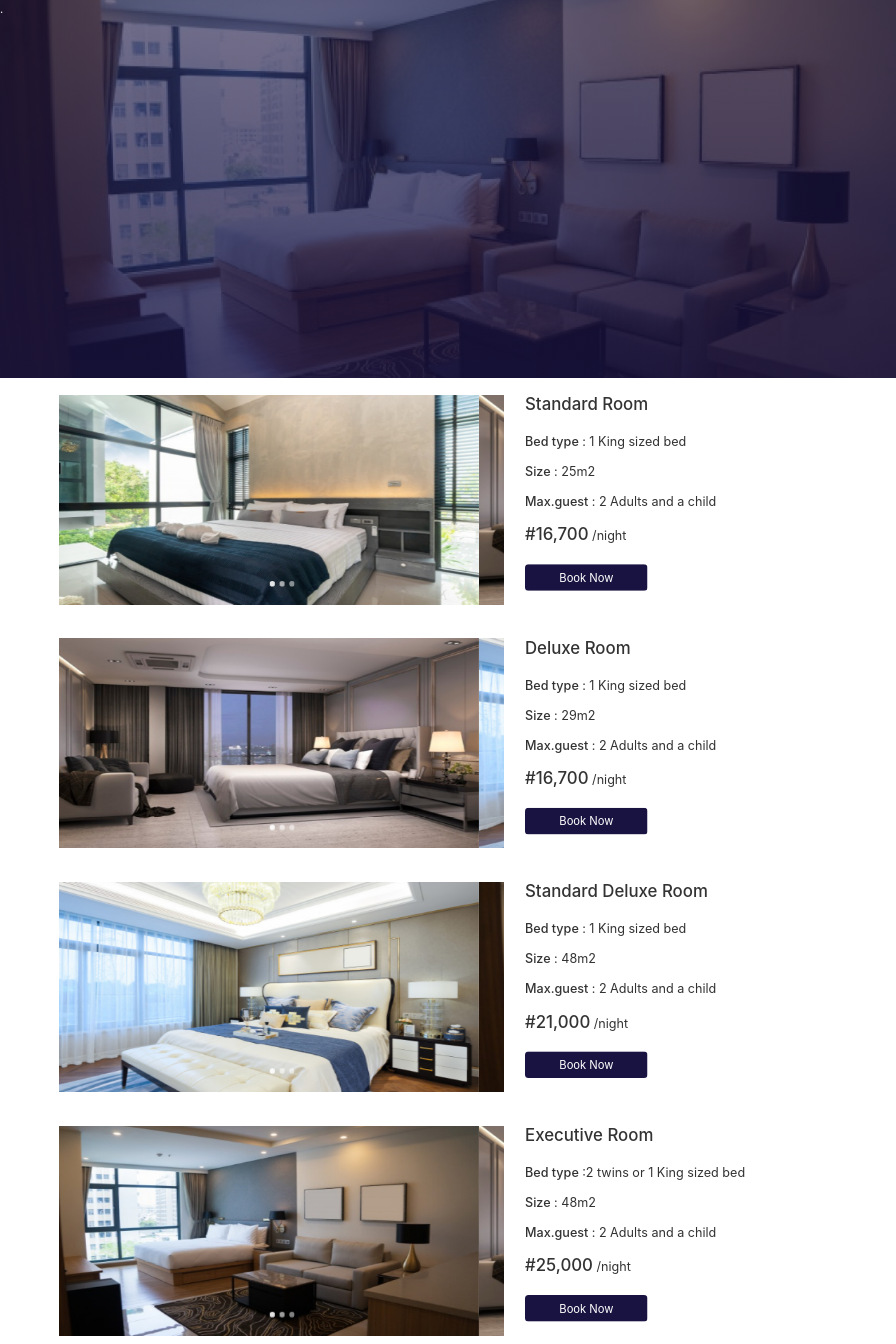
Repository: Syfon01/hotel-website
Page: room.html
These files come from the project's save history. The page is drawn as it stood at one moment and after a run of saves; the edit follows.
The browser window is 1280 px wide. The pictures show the part of the page from y = 0 to 1920 px (the page is 2576 px tall before and 2584 px after), at 70% of full size.

Above is the page before, as saved 2020-06-08 19:29:58.

### room.html
<!doctype html>
<html lang="en">
  <head>
    <title>Title</title>
    <!-- Required meta tags -->
    <meta charset="utf-8">
    <meta name="viewport" content="width=device-width, initial-scale=1, shrink-to-fit=no">

    <!-- Bootstrap CSS -->
    <link rel="stylesheet" href="https://stackpath.bootstrapcdn.com/bootstrap/4.3.1/css/bootstrap.min.css" integrity="sha384-ggOyR0iXCbMQv3Xipma34MD+dH/1fQ784/j6cY/iJTQUOhcWr7x9JvoRxT2MZw1T" crossorigin="anonymous">
    <link rel="stylesheet" href="room.css">
  </head>
  <body>
    <!-- header section  -->
    <section class="header">
      <div class="home-header">
        .
      </div>
    </section>
    <!-- carousel section -->
    <section id="carousel-section">
      <div class="container">
        <div class="row py-4">
          <div class="col-md-7 col-lg-7 col-12 col-sm-12">
            <div id="carouselExampleIndicators" class="carousel slide" data-ride="carousel">
              <ol class="carousel-indicators">
                <li data-target="#carouselExampleIndicators" data-slide-to="0" class="active"></li>
                <li data-target="#carouselExampleIndicators" data-slide-to="1"></li>
                <li data-target="#carouselExampleIndicators" data-slide-to="2"></li>
              </ol>
              <div class="carousel-inner">
                <div class="carousel-item active">
                  <img src="./img/hotel1.png" class="d-block w-100 img-carousel img-fluid" alt="...">
                </div>
                <div class="carousel-item">
                  <img src="./img/hotel2.png" class="d-block w-100 img-carousel img-fluid" alt="...">
                </div>
                <div class="carousel-item">
                  <img src="./img/hotel3.png" class="d-block w-100 img-carousel img-fluid" alt="...">
                </div>
              </div>

            </div>
          </div>
          <div class="col-md-5 col-lg-5 col-12 col-sm-12">
            <h4 class="text-purple mb-4">Standard Room</h4>
            <p class="text-purple"><span class="p-font-weight">Bed type </span>: 1 King sized bed</p>
            <p class="text-purple"><span class="p-font-weight">Size</span> : 25m2</p>
            <p class="text-purple"><span class="p-font-weight">Max.guest </span>: 2 Adults and a child</p>
            <p class="text-purple mb-4"><span class="p-font-weight p-20">#16,700</span> /night</p>
            <button class="btn btn-purple px-5">Book Now</button>
          </div>
        </div>

        <div class="row py-4">
          <div class="col-md-7 col-lg-7 col-12 col-sm-12">
            <div id="carouselExampleIndicators" class="carousel slide" data-ride="carousel">
              <ol class="carousel-indicators">
                <li data-target="#carouselExampleIndicators" data-slide-to="0" class="active"></li>
                <li data-target="#carouselExampleIndicators" data-slide-to="1"></li>
                <li data-target="#carouselExampleIndicators" data-slide-to="2"></li>
              </ol>
              <div class="carousel-inner">
                <div class="carousel-item active">
                  <img src="./img/hotel2.png" class="d-block w-100 img-carousel img-fluid" alt="...">
                </div>
                <div class="carousel-item">
                  <img src="./img/hotel3.png" class="d-block w-100 img-carousel img-fluid" alt="...">
                </div>
                <div class="carousel-item">
                  <img src="./img/hotel4.png" class="d-block w-100 img-carousel img-fluid" alt="...">
                </div>
              </div>

            </div>
          </div>
          <div class="col-md-5 col-lg-5 col-12 col-sm-12">
            <h4 class="text-purple mb-4">Deluxe Room</h4>
            <p class="text-purple"><span class="p-font-weight">Bed type </span>: 1 King sized bed</p>
            <p class="text-purple"><span class="p-font-weight">Size</span> : 29m2</p>
            <p class="text-purple"><span class="p-font-weight">Max.guest </span>: 2 Adults and a child</p>
            <p class="text-purple mb-4"><span class="p-font-weight p-20">#16,700</span> /night</p>
            <button class="btn btn-purple px-5">Book Now</button>
          </div>
        </div>

        <div class="row py-4">
          <div class="col-md-7 col-lg-7 col-12 col-sm-12">
            <div id="carouselExampleIndicators" class="carousel slide" data-ride="carousel">
              <ol class="carousel-indicators">
                <li data-target="#carouselExampleIndicators" data-slide-to="0" class="active"></li>
                <li data-target="#carouselExampleIndicators" data-slide-to="1"></li>
                <li data-target="#carouselExampleIndicators" data-slide-to="2"></li>
              </ol>
              <div class="carousel-inner">
                <div class="carousel-item active">
                  <img src="./img/hotel3.png" class="d-block w-100 img-carousel h-50 img-fluid" alt="...">
                </div>
                <div class="carousel-item">
                  <img src="./img/hotel4.png" class="d-block w-100 img-carousel img-fluid" alt="...">
                </div>
                <div class="carousel-item">
                  <img src="./img/hotel1.png" class="d-block w-100 img-carousel img-fluid" alt="...">
                </div>
              </div>

            </div>
          </div>
          <div class="col-md-5 col-lg-5 col-12 col-sm-12">
            <h4 class="text-purple mb-4">Standard Deluxe Room</h4>
            <p class="text-purple"><span class="p-font-weight">Bed type </span>: 1 King sized bed</p>
            <p class="text-purple"><span class="p-font-weight">Size</span> : 48m2</p>
            <p class="text-purple"><span class="p-font-weight">Max.guest </span>: 2 Adults and a child</p>
            <p class="text-purple mb-4"><span class="p-font-weight p-20">#21,000</span> /night</p>
            <button class="btn btn-purple px-5">Book Now</button>
          </div>
        </div>

        <div class="row py-4">
          <div class="col-md-7 col-lg-7 col-12 col-sm-12">
            <div id="carouselExampleIndicators" class="carousel slide" data-ride="carousel">
              <ol class="carousel-indicators">
                <li data-target="#carouselExampleIndicators" data-slide-to="0" class="active"></li>
                <li data-target="#carouselExampleIndicators" data-slide-to="1"></li>
                <li data-target="#carouselExampleIndicators" data-slide-to="2"></li>
              </ol>
              <div class="carousel-inner">
                <div class="carousel-item active">
                  <img src="./img/hotel4.png" class="d-block w-100 img-carousel h-50 img-fluid" alt="...">
                </div>
                <div class="carousel-item">
                  <img src="./img/hotel2.png" class="d-block w-100 img-carousel img-fluid" alt="...">
                </div>
                <div class="carousel-item">
                  <img src="./img/hotel1.png" class="d-block w-100 img-carousel img-fluid" alt="...">
                </div>
              </div>

            </div>
          </div>
          <div class="col-md-5 col-lg-5 col-12 col-sm-12">
            <h4 class="text-purple mb-4">Executive Room</h4>
            <p class="text-purple"><span class="p-font-weight">Bed type </span>:2 twins or 1 King sized bed</p>
            <p class="text-purple"><span class="p-font-weight">Size</span> : 48m2</p>
            <p class="text-purple"><span class="p-font-weight">Max.guest </span>: 2 Adults and a child</p>
            <p class="text-purple mb-4"><span class="p-font-weight p-20">#25,000</span> /night</p>
            <button class="btn btn-purple px-5">Book Now</button>
          </div>
        </div>
      </div>
    </section>

    <!-- explore section  -->
    <div class="explore py-3">
      <div class='hero'>
        <div class="cont-vert">
          <div class="text-center vert col-12">
            <h1>
              Explore and see what comfort really is
            </h1>
            <img src="./img/play.svg" class="img-fluid" alt="" srcset="">
          </div>
        </div>

      </div>
</div>

<div class="container my-4">
  jdjdjjnd
</div>

    <!-- Optional JavaScript -->
    <!-- jQuery first, then Popper.js, then Bootstrap JS -->
    <script src="https://code.jquery.com/jquery-3.3.1.slim.min.js" integrity="sha384-q8i/X+965DzO0rT7abK41JStQIAqVgRVzpbzo5smXKp4YfRvH+8abtTE1Pi6jizo" crossorigin="anonymous"></script>
    <script src="https://cdnjs.cloudflare.com/ajax/libs/popper.js/1.14.7/umd/popper.min.js" integrity="sha384-UO2eT0CpHqdSJQ6hJty5KVphtPhzWj9WO1clHTMGa3JDZwrnQq4sF86dIHNDz0W1" crossorigin="anonymous"></script>
    <script src="https://stackpath.bootstrapcdn.com/bootstrap/4.3.1/js/bootstrap.min.js" integrity="sha384-JjSmVgyd0p3pXB1rRibZUAYoIIy6OrQ6VrjIEaFf/nJGzIxFDsf4x0xIM+B07jRM" crossorigin="anonymous"></script>
  </body>
</html>

### room.css
.text-purple{
 color: #333333
}
.p-font-weight{
  font-weight: 500;
}
.p-20{
  font-size: 24px;
}
p{
  font-size: 18px;;
}
.btn-purple{
  background-color: #191341;
  color: #fff;
  border-radius: 5px;
}
.img-carousel{
  height: 300px!important;
}
.carousel-indicators li{
  border-radius: 100%;
  width: 8px;
  height: 8px;
}
.home-header{
  background-image: linear-gradient(to bottom, rgba(25, 19, 65, 0.6), rgba(25, 19, 65, 0.8)),
  url('/img/header.png');
  width: 100%;
  height: 75vh;
  background-size: cover;
  color: white;
  ;
}
.hero{
   background-image: linear-gradient(to bottom, rgba(25, 19, 65, 0.6), rgba(25, 19, 65, 0.8)),
   url('/img/explore.png');
   width: 100%;
   height: 75vh;
   background-size: cover;
   color: white;
  ;
}

.vert{
  margin: 0;
  position: absolute;
  top: 50%;
  left: 50%;
  -ms-transform: translate(-50%, -50%);
  transform: translate(-50%, -50%);
}
.cont-vert{
  height: 400px;
  position: relative;
}

After the next 3 saves:
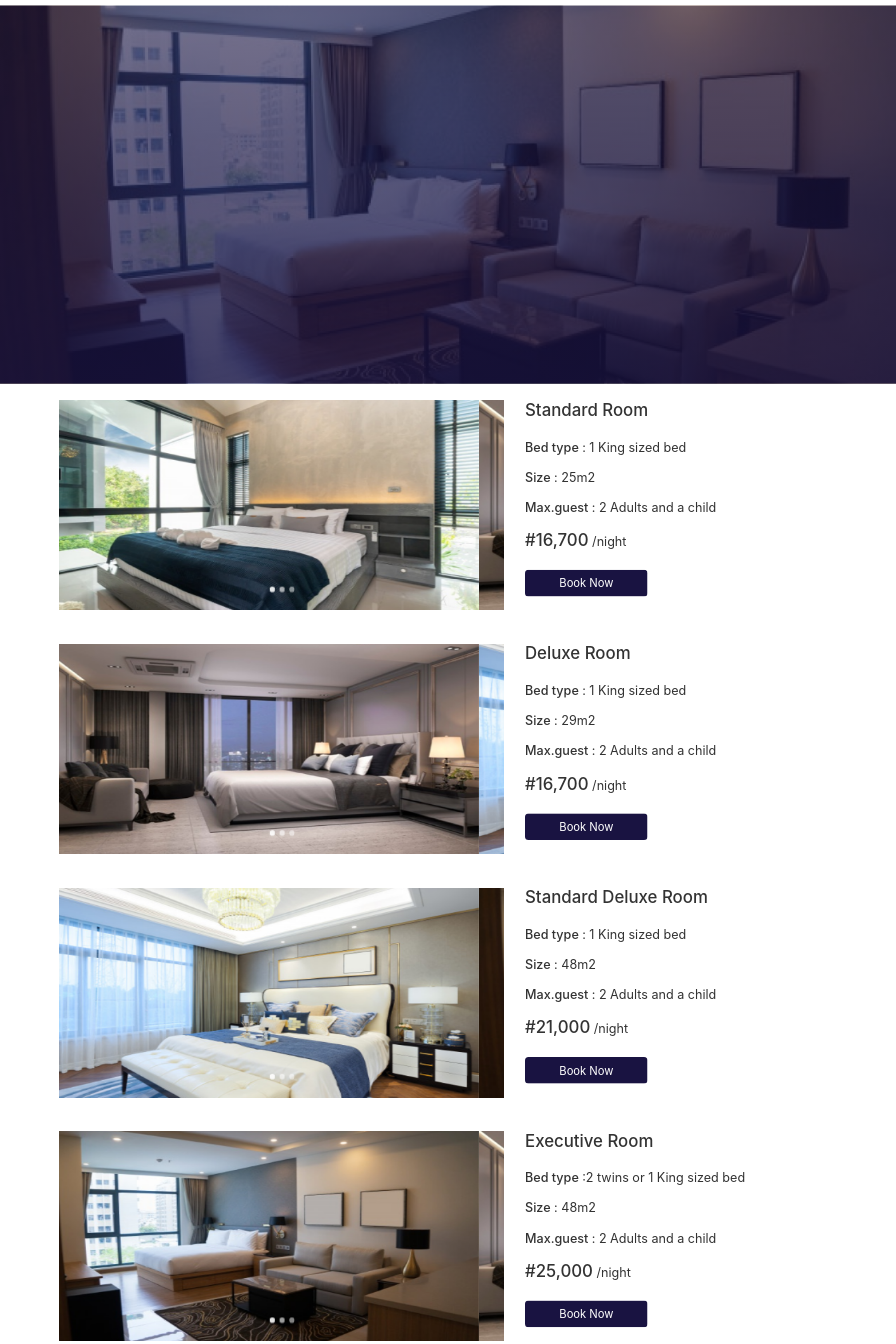
The 3 saves are shown as one change because they came seconds apart.
The last was saved 15 s later.
--- a/room.html
+++ b/room.html
@@ -14,7 +14,9 @@
     <!-- header section  -->
     <section class="header">
       <div class="home-header">
-        .
+        <h1 class="home">
+
+        </h1>
       </div>
     </section>
     <!-- carousel section -->

After the save that followed:
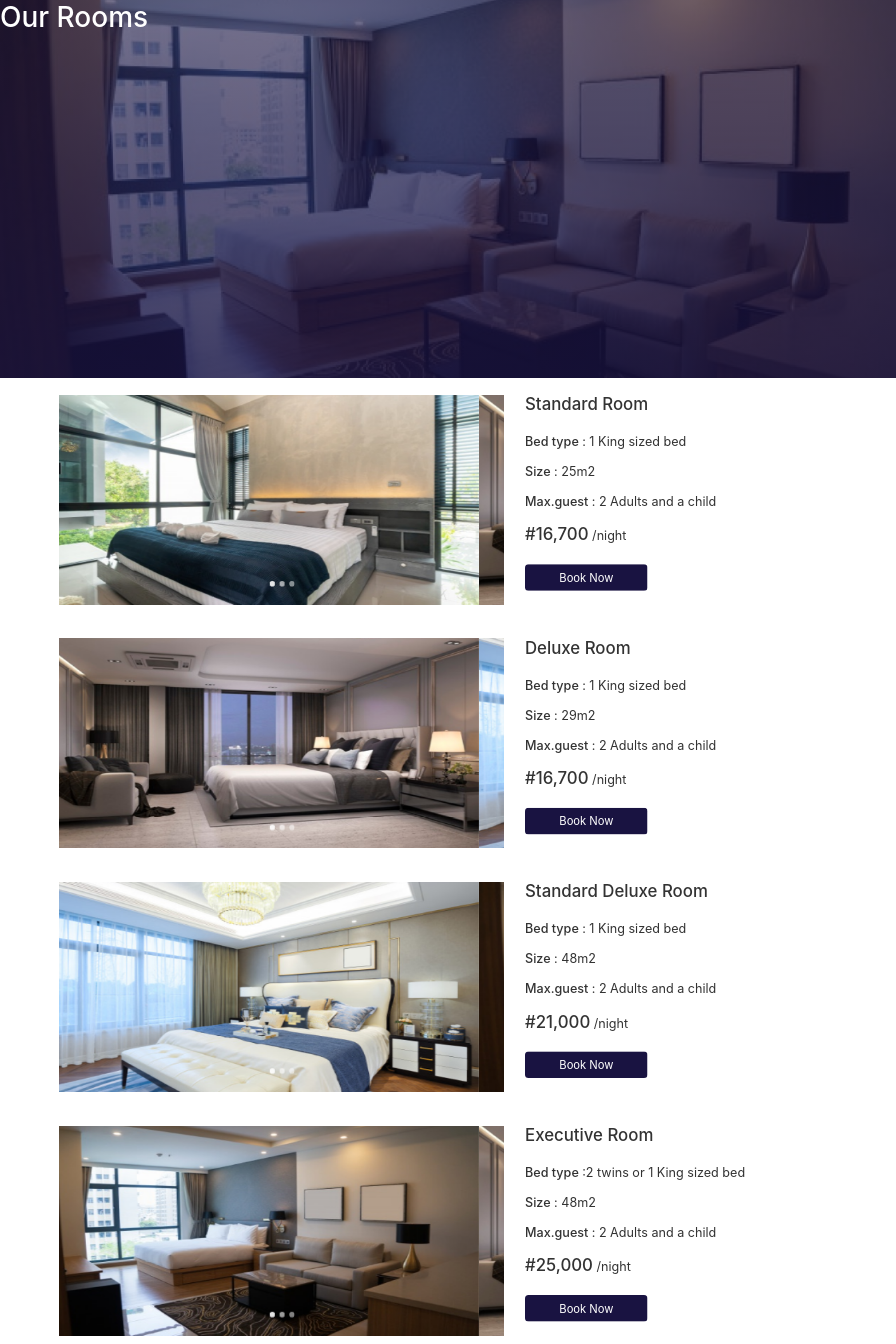
Saved 25 s later.
--- a/room.html
+++ b/room.html
@@ -15,7 +15,7 @@
     <section class="header">
       <div class="home-header">
         <h1 class="home">
-
+          Our Rooms
         </h1>
       </div>
     </section>
